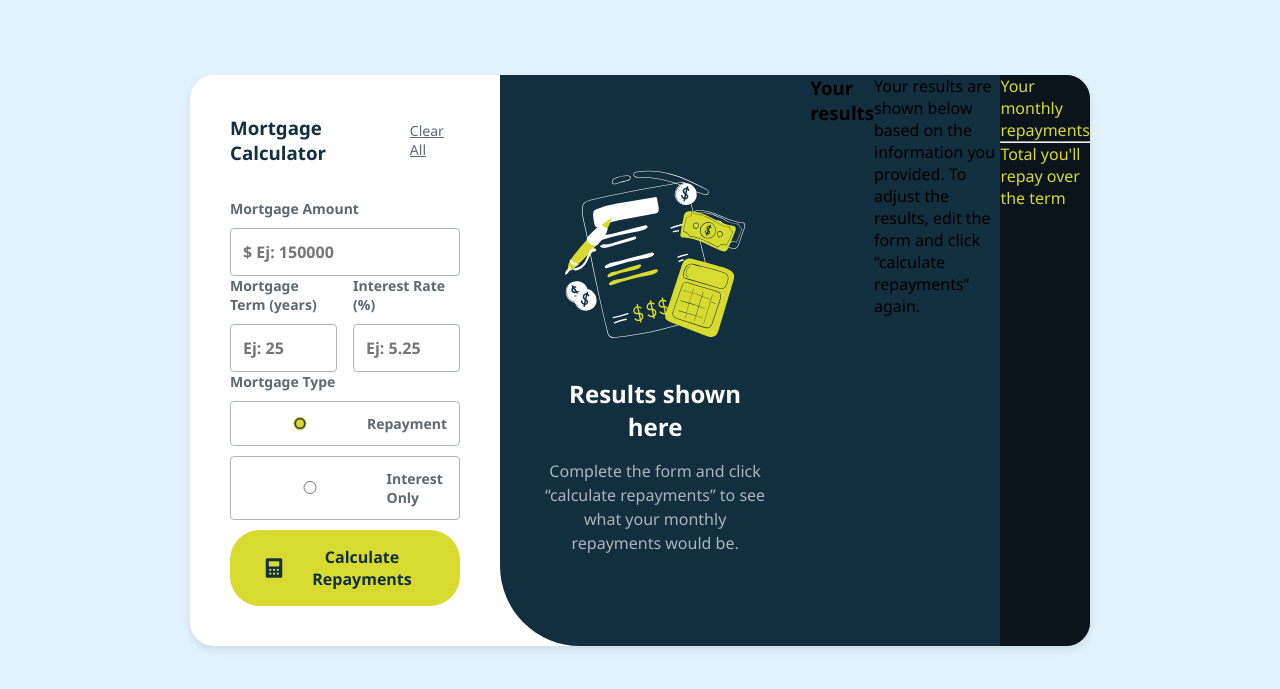
Repository: GravielPV/Mortgage-repayment-calculator
Page: index.html
These files come from the project's save history. The page is drawn as it stood at one moment and after the next save; the edit follows.
The browser window is 1280 px wide. The pictures show the whole page.

Above is the page before, as saved 2025-12-14 14:16:54.

### index.html
<!DOCTYPE html>
<html lang="en">
<head>
  <meta charset="UTF-8">
  <meta name="viewport" content="width=device-width, initial-scale=1.0"> <!-- displays site properly based on user's device -->

  <link rel="icon" type="image/png" sizes="32x32" href="./assets/images/favicon-32x32.png">
  <link rel="stylesheet" href="styles.css">
  <title>Frontend Mentor | Mortgage repayment calculator</title>


</head>
<body>
  <div class="carta">



  <div class="lado-izquierdo">

    <div class="header-form">
      <h3>Mortgage Calculator</h3>
      <a href="#" id="clear-all">Clear All</a>
    </div>

    <form id="mortgage-form">

      <!-- Mortgage Amount -->
      <div class="campo">
        <label for="input-mortgage">Mortgage Amount</label>

        <input
          type="number"
          id="input-mortgage"
          name="mortgage"
          placeholder="$ Ej: 150000">
      </div>

      <!-- Mortgage Term & Interest Rate -->
      <div class="grupo-doble">
        <div class="campo1">
          <label for="input-term">Mortgage Term (years)</label>
          <input
            type="number"
            id="input-term"
            name="term"
            placeholder="Ej: 25">
        </div>

        <div class="campo1">
          <label for="input-interest">Interest Rate (%)</label>
          <input
            type="number"
            step="0.01"
            id="input-interest"
            name="interest"
            placeholder="Ej: 5.25">
        </div>
      </div>

      <!-- Mortgage Type -->
      <div class="campo">
        <label>Mortgage Type</label>

        <div class="radios">
          <label class="radio arriba">
            <input type="radio" name="mortgage-type" value="repayment" checked id="repayment">
            Repayment
          </label>

          <label class="radio abajo">
            <input type="radio" name="mortgage-type" value="interest-only" id="interest-only">
            Interest Only
          </label>
        </div>
      </div>

      <!-- Botón -->
      <div class="boton">

        <button type="button" onclick="calcular()"> <img src="assets/images/icon-calculator.svg" alt="calculadora icon">Calculate Repayments</button>
      </div>



    </form>

  </div>




  <!-- Empty results start -->

  <div class="derecho">

    <img src="assets/images/illustration-empty.svg" alt="mostrar">

  <h3>Results shown here</h3>

  <p>Complete the form and click “calculate repayments” to see what
  your monthly repayments would be.</p>
  </div>

  <!-- Empty results end -->

  <!-- Completed results start -->

  <div class="resultado">
    <h3>Your results</h3>
    <p>Your results are shown below based on the information you provided.
    To adjust the results, edit the form and click “calculate repayments” again.</p>

    <div class="caja-resultados">
      <p>Your monthly repayments</p>
      <h1 id="monthly-repayment"></h1>

      <hr>

      <p>Total you'll repay over the term</p>
      <h3 id="total-repayment"></h3>
    </div>
  </div>

</div>

<!-- Completed results end -->

<script src="app.js"></script>
</body>
</html>

### styles.css
* {
    box-sizing: border-box;
    margin: 0;
    padding: 0;
    font-family: 'Segoe UI', Tahoma, Geneva, Verdana, sans-serif;
}

body {
    background-color: hsl(202, 86%, 94%);
    display: flex;
    justify-content: center;
    align-items: center;
    min-height: 100vh;
}

.carta {
    width: 100%;
    max-width: 900px;
    background-color: white;
    display: flex;
    border-radius: 24px;
    overflow: hidden;
    box-shadow: 0 4px 8px 0 rgba(0, 0, 0, 0.1);
    margin: 20px;
}

/* ---- Lado Izquierdo ---- */
.lado-izquierdo {
    width: 50%;
    padding: 40px;
    display: flex;
    flex-direction: column;
    gap: 24px;
}

.header-form {
    display: flex;
    justify-content: space-between;
    align-items: center;
    margin-bottom: 10px;
}

.header-form h3 {
    color: hsl(202, 55%, 16%);
}

.header-form a {
    color: hsl(200, 10%, 40%);
    text-decoration: underline;
    font-size: 14px;
    cursor: pointer;
}

.header-form a:hover {
    color: hsl(202, 55%, 16%);
}

/* Inputs */
.campo {
    display: flex;
    flex-direction: column;
    gap: 10px;
}

.campo label, .campo1 label {
    color: hsl(200, 10%, 40%);
    font-size: 14px;
    font-weight: bold;
}

.campo input, .campo1 input {
    padding: 12px;
    border: 1px solid hsl(200, 10%, 70%);
    border-radius: 4px;
    font-size: 16px;
    font-weight: bold;
    cursor: pointer;
    width: 100%;
}

.campo input:focus, .campo1 input:focus {
    outline: none;
    border-color: hsl(61, 70%, 52%);
}

.grupo-doble {
    display: flex;
    gap: 16px;
}

.campo1 {
    display: flex;
    flex-direction: column;
    gap: 10px;
    width: 50%;
}

/* Radio buttons */
.radios {
    display: flex;
    flex-direction: column;
    gap: 10px;
}

.radio {
    display: flex;
    align-items: center;
    border: 1px solid hsl(200, 10%, 70%);
    padding: 12px;
    border-radius: 4px;
    cursor: pointer;
    gap: 10px;
    font-weight: bold;
    color: hsl(202, 55%, 16%);
}

.radio:hover {
    border-color: hsl(61, 70%, 52%);
}

.radio input {
    margin: 0;
    accent-color: hsl(61, 70%, 52%);
}

/* Boton */
.boton {
    margin-top: 10px;
}

button {
    display: flex;
    align-items: center;
    justify-content: center;
    gap: 10px;
    padding: 16px 32px;
    background-color: hsl(61, 70%, 52%);
    border: none;
    color: hsl(202, 55%, 16%);
    border-radius: 30px;
    cursor: pointer;
    font-weight: bold;
    font-size: 16px;
    width: 100%;
    transition: background-color 0.3s;
}

button:hover {
    background-color: hsl(61, 70%, 70%);
}

/* ---- Lado Derecho ---- */
.derecho {
    width: 50%;
    background-color: hsl(202, 55%, 16%);
    color: white;
    padding: 40px;
    display: flex;
    flex-direction: column;
    justify-content: center;
    align-items: center;
    text-align: center;
    border-bottom-left-radius: 80px;
}

.derecho img {
    margin-bottom: 20px;
}

.derecho h3 {
    margin-bottom: 16px;
    font-size: 24px;
}

.derecho p {
    color: hsl(200, 10%, 70%);
    line-height: 1.5;
}

.resultado {
    display: none;
}


.resultado{
     width: 50%;
    background-color: hsl(202, 55%, 16%);
    display: flex;
    justify-content: center;
    border-radius: ;


}

.resultado .caja-resultados {

    background-color: hsl(201, 46%, 7%);
    color: hsl(61, 70%, 52%);
}

/* Responsive */
@media (max-width: 768px) {
    body {
        align-items: flex-start;
        background-color: white;
    }

    .carta {
        flex-direction: column;
        border-radius: 0;
        margin: 0;
        box-shadow: none;
        max-width: 100%;
    }

    .lado-izquierdo, .derecho {
        width: 100%;
        padding: 24px;
    }

    .derecho {
        border-radius: 0;
        min-height: 400px;
    }

    .grupo-doble {
        flex-direction: column;
    }

    .campo1 {
        width: 100%;
    }
}

### app.js
// INPUTS
const montoInput = document.getElementById("input-mortgage");
const yearsInput = document.getElementById("input-term");
const interesInput = document.getElementById("input-interest");

// RADIOS
const repaymentRadio = document.getElementById("repayment");
const interestOnlyRadio = document.getElementById("interest-only");

// RESULTADOS
const resultadoBox = document.querySelector(".resultado");
const derechoBox = document.querySelector(".derecho");

const monthlyText = document.getElementById("monthly-repayment");
const totalText = document.getElementById("total-repayment");

// CLEAR ALL
const clearAllBtn = document.getElementById("clear-all");

// FORMATO MONEDA
function formatoMoneda(valor) {
  return new Intl.NumberFormat("en-US", {
    style: "currency",
    currency: "USD",
    minimumFractionDigits: 2,
  }).format(valor);
}

// CALCULAR
function calcular() {
  const monto = Number(montoInput.value);
  const years = Number(yearsInput.value);
  const interes = Number(interesInput.value) / 100;

  if (!monto || !years || !interes) {
    alert("Please complete all fields");
    return;
  }

  const r = interes / 12;
  const n = years * 12;

  let pagoMensual = 0;
  let pagoTotal = 0;

  // REPAYMENT
  if (repaymentRadio.checked) {
    pagoMensual =
      (monto * r * Math.pow(1 + r, n)) /
      (Math.pow(1 + r, n) - 1);

    pagoTotal = pagoMensual * n;
  }

  // INTEREST ONLY
  if (interestOnlyRadio.checked) {
    pagoMensual = monto * r;
    pagoTotal = pagoMensual * n;
  }

  // MOSTRAR RESULTADOS
  monthlyText.textContent = formatoMoneda(pagoMensual);
  totalText.textContent = formatoMoneda(pagoTotal);

  derechoBox.style.display = "none";
  resultadoBox.style.display = "block";
}

// CLEAR ALL
clearAllBtn.addEventListener("click", (e) => {
  e.preventDefault();

  montoInput.value = "";
  yearsInput.value = "";
  interesInput.value = "";

  repaymentRadio.checked = true;
  interestOnlyRadio.checked = false;

  resultadoBox.style.display = "none";
  derechoBox.style.display = "block";
});

After the next save:
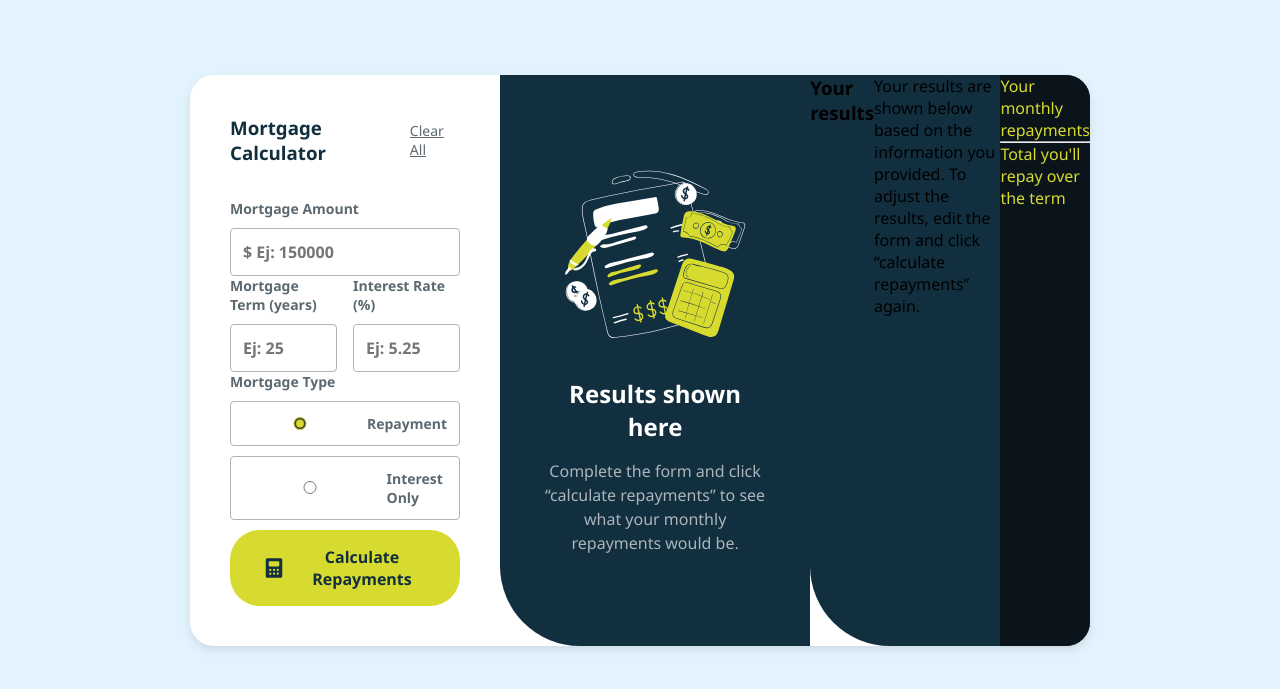
Saved 13 s later.
--- a/styles.css
+++ b/styles.css
@@ -187,7 +187,7 @@ button:hover {
     background-color: hsl(202, 55%, 16%);
     display: flex;
     justify-content: center;
-    border-radius: ;
+    border-bottom-left-radius: 80px;
 
 
 }
